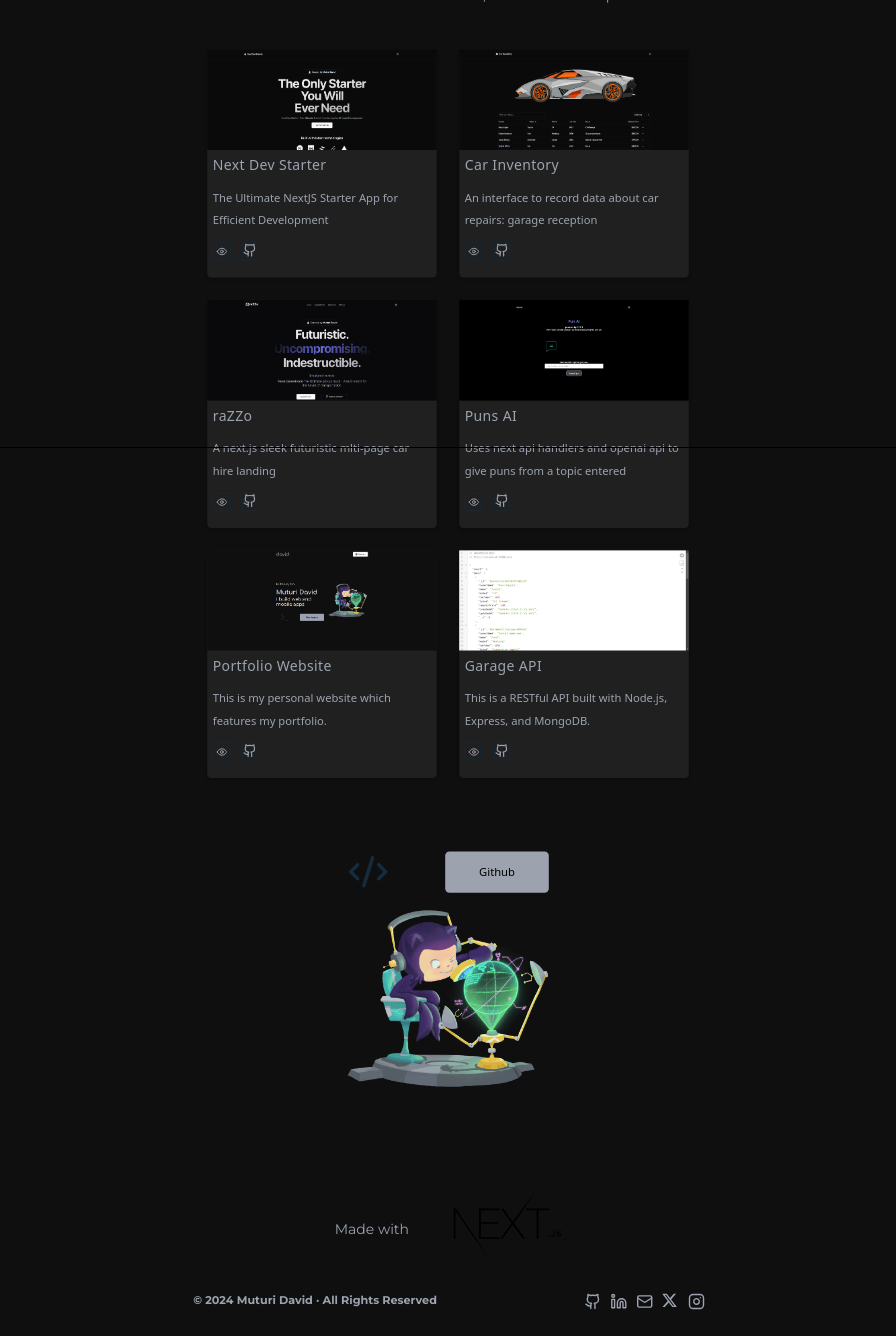
Repository: tushcmd/tushdev-portfolio
Page: /
These files come from the project's save history. The page is drawn as it stood at one moment and after the next save; the edit follows.
The browser window is 1280 px wide. The pictures show the part of the page from y = 2266 to 4186 px (the page is 4174 px tall before and 4186 px after), at 70% of full size.
The project was rebuilt for these pictures with package versions that can differ from the ones it lists, and the page was loaded fresh each time. The framework's server and built-in components were replaced by stand-ins that run in the browser. Also part of the build but not shown: next.config.js.

Above is the page before, as saved 2024-05-26 07:51:44.

After the next save:
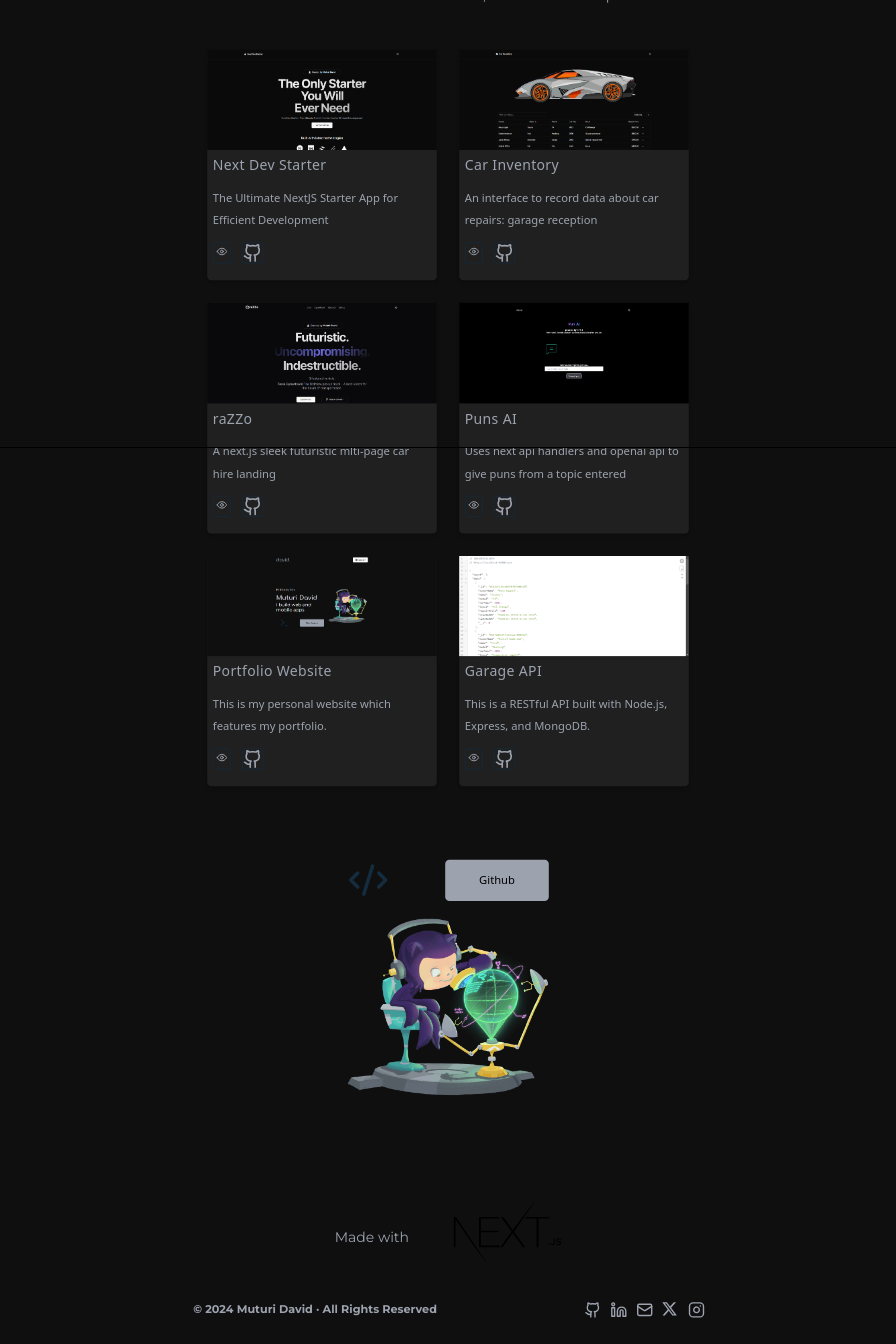
Saved 18 s later.
--- a/app/components/projects/projects-card.tsx
+++ b/app/components/projects/projects-card.tsx
@@ -20,7 +20,7 @@ export default function ProjectsCard({ url, img, github, title, text }: Projects
                         <Eye className='h-6 w-6 text-gray-400 hover:text-[#142c3e] duration-300 p-1' />
                     </a>
                     <a href={github} target='_blank'className='rounded-sm border border-[#142c3e]'>
-                        <Github className='h-5 w-5 text-gray-400 hover:text-[#142c3e]  duration-300' />
+                        <Github className='h-7 w-7 text-gray-400 hover:text-[#142c3e]  duration-300' />
                     </a>
                 </div>
             </div>
